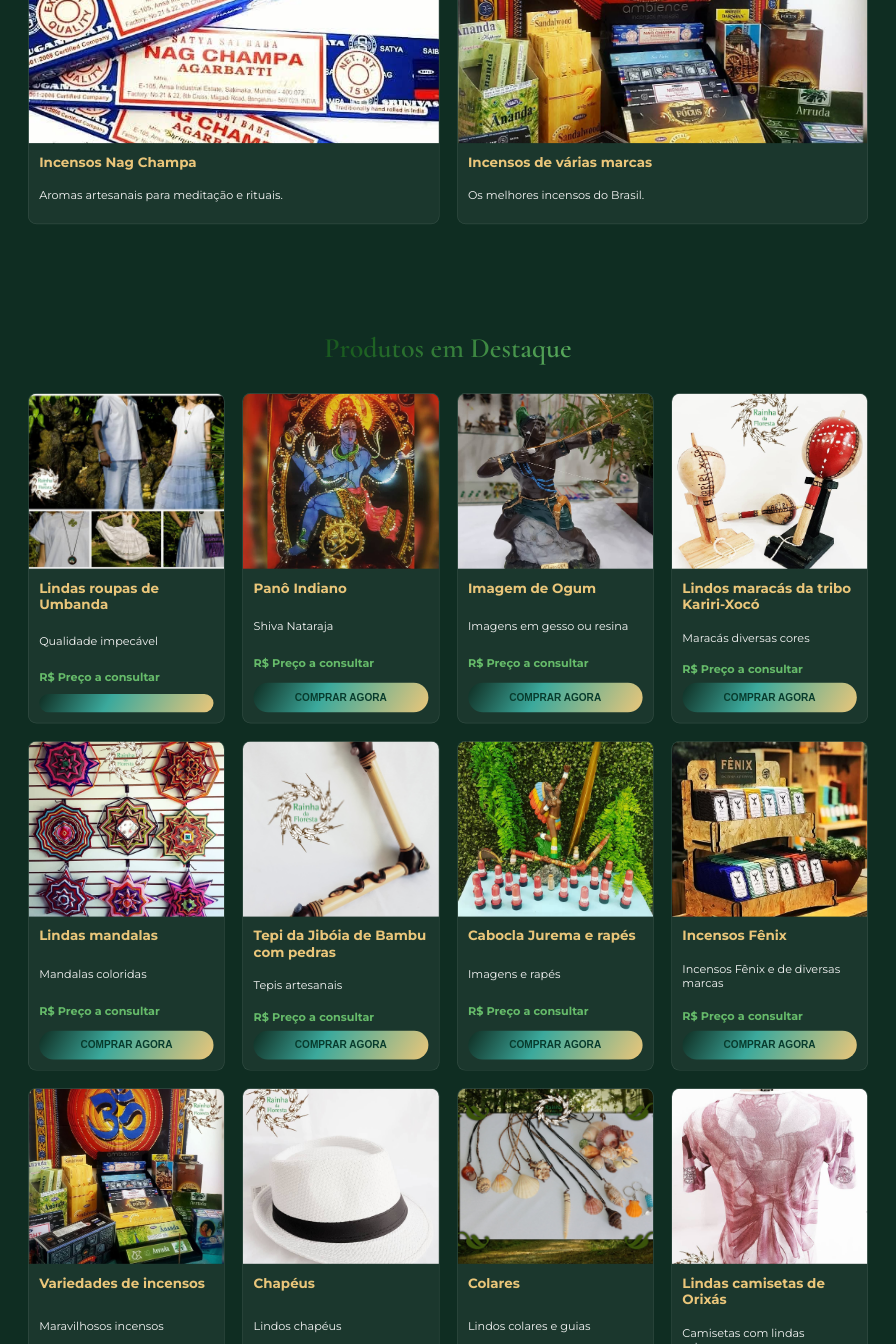
Repository: Sandro1969-tech/rainha-floresta-aho
Page: index3.html
An editor plug-in stored every save of this project. The page is shown before and after the next save, followed by the edit.
The browser window is 1280 px wide. The pictures show the part of the page from y = 1439 to 3359 px (the page is 4848 px tall), at 70% of full size.
A picture or video elsewhere on the page could not be fetched, so the positions and the page height are approximate. Backgrounds fixed to the window are drawn as part of the page.

Above is the page before, as saved 2025-12-01 00:46:46.

### index3.html
<!doctype html>
<html lang="pt-BR">
<head>
  <meta charset="utf-8" />
  <meta name="viewport" content="width=device-width, initial-scale=1" />
  <title>Rainha da Floresta — Loja mística e esotérica</title>
  <link rel="icon" href="assets/image/icon.png" />

  <link href="https://fonts.googleapis.com/css2?family=Cormorant+Garamond:wght@600&family=Montserrat:wght@400;600;700&display=swap" rel="stylesheet">

  <style>
    :root {
      --verde-profundo: #0f2d22;
      --verde-floresta: #1B5E20;
      --verde-aurora: #66BB6A;
      --dourado-suave: #EAC67A;
      --azul-folha: #3BA99C;
      --branco-neblina: #F5F5F5;
      --grad-floresta: linear-gradient(135deg, #0f2d22 0%, #1B5E20 40%, #66BB6A 70%, #EAC67A 100%);
      --grad-dourado-verde: linear-gradient(120deg, #0f2d22 0%, #3BA99C 40%, #EAC67A 100%);
    }

    /* Base */
    * { box-sizing: border-box; }
    body {
      margin: 0;
      font-family: 'Montserrat', sans-serif;
      background: var(--verde-profundo);
      color: var(--branco-neblina);
    }
    a { color: inherit; text-decoration: none; }

    /* --- CORREÇÃO DO LOGO --- */
    img.topo-logo {
      display: block;
      width: 100%;
      max-width: 450px;       /* Aumentei para ficar bem visível */
      height: auto;
      margin: 0 auto 20px;
      filter: drop-shadow(0 0 10px rgba(0,0,0,0.5));
    }

    /* --- CORREÇÃO DO VÍDEO --- */
    .video-container {
      width: 100%;
      max-width: 700px;       /* Controla a largura máxima */
      margin: 30px auto;
      border-radius: 12px;
      overflow: hidden;
      box-shadow: 0 10px 30px rgba(0,0,0,0.4);
      border: 1px solid rgba(234, 198, 122, 0.2);
    }
    .video-container video {
      width: 100%;
      height: auto;
      display: block;
    }

    /* Header fixo */
    header {
      position: fixed; top: 0; left: 0; right: 0; z-index: 50;
      background: rgba(15, 45, 34, .95);
      padding: .8rem 1rem;
      display: flex; justify-content: space-between; align-items: center;
      backdrop-filter: blur(4px);
      box-shadow: 0 2px 10px rgba(0,0,0,0.3);
    }
    .brand {
      font-family: 'Cormorant Garamond', serif;
      font-size: 1.5rem;
      background: var(--grad-floresta);
      -webkit-background-clip: text;
      color: transparent;
    }
    nav a {
      margin: 0 .6rem;
      font-weight: 600;
      color: var(--branco-neblina);
      transition: .3s;
    }
    nav a:hover { color: var(--dourado-suave); }

    /* Hero Section */
    .hero {
      min-height: 100vh;
      display: flex; flex-direction: column; justify-content: center; align-items: center;
      text-align: center;
      padding: 100px 20px 40px;
      background-image: linear-gradient(rgba(15, 45, 34, 0.8), rgba(15, 45, 34, 0.9)), url("assets/image/floresta-bg.jpg");
      background-size: cover;
      background-position: center;
      background-attachment: fixed;
    }
    .hero h1 {
      font-family: 'Cormorant Garamond', serif;
      font-size: 3rem;
      background: var(--grad-floresta);
      -webkit-background-clip: text;
      color: transparent;
      margin: 0 0 10px;
    }
    .hero p {
      max-width: 600px; margin: 1rem auto; color: rgba(245, 245, 245, .9);
    }
    .btn {
      padding: 0.8rem 1.5rem;
      border-radius: 999px;
      font-weight: 700;
      background: var(--grad-dourado-verde);
      border: none;
      cursor: pointer;
      transition: .3s;
      margin-top: 10px;
      color: #083b2d;
      text-transform: uppercase;
      font-size: 0.9rem;
    }
    .btn:hover { transform: scale(1.05); box-shadow: 0 0 15px rgba(102, 187, 106, 0.4); }

    /* Seções */
    section { padding: 60px 20px; }
    h2 {
      font-family: 'Cormorant Garamond', serif;
      font-size: 2.5rem;
      background: var(--grad-floresta);
      -webkit-background-clip: text;
      color: transparent;
      text-align: center;
      margin-bottom: 40px;
    }

    /* Grid de Produtos */
    .grid {
      display: grid;
      grid-template-columns: repeat(auto-fit, minmax(250px, 1fr));
      gap: 25px;
      max-width: 1200px;
      margin: 0 auto;
    }
    .card {
      background: rgba(255, 255, 255, .05);
      border: 1px solid rgba(255, 255, 255, .1);
      border-radius: 12px;
      overflow: hidden;
      transition: .3s;
      display: flex; flex-direction: column;
    }
    .card:hover { transform: translateY(-5px); box-shadow: 0 10px 25px rgba(46, 139, 87, .3); border-color: var(--dourado-suave); }
    .card img { width: 100%; height: 250px; object-fit: cover; }
    .card-body { padding: 15px; flex-grow: 1; display: flex; flex-direction: column; justify-content: space-between; }
    .card h3 { font-size: 1.2rem; color: var(--dourado-suave); margin: 0 0 10px; }
    .price { font-weight: 700; color: var(--verde-aurora); margin: 10px 0; display: block; }
    .card .btn { width: 100%; margin: 0; }

    /* Depoimentos */
    #depoimentos .card { text-align: center; font-style: italic; }
    #depoimentos strong { display: block; margin-top: 10px; font-style: normal; color: var(--dourado-suave); }

    /* Rodapé */
    footer {
      background: var(--verde-floresta);
      color: var(--branco-neblina);
      text-align: center;
      padding: 40px 20px;
      border-top: 4px solid var(--dourado-suave);
    }
    .footer-wrap { max-width: 1000px; margin: 0 auto; display: grid; gap: 20px; }

    .footer-social { margin: 20px 0; }
    .footer-social a {
      margin: 0 12px;
      display: inline-block;
      color: var(--dourado-suave); /* Garante a cor dourada */
    }
    .social-icon {
      transition: .3s;
      width: 32px;
      height: 32px;
    }
    .social-icon:hover { transform: scale(1.2); color: #fff; }

    /* Responsivo */
    @media (max-width: 480px) {
      .hero h1 { font-size: 2.2rem; }
      img.topo-logo { max-width: 280px; }
      .card img { height: 200px; }
      nav { display: none; }
    }
  </style>
</head>
<body>

  <header>
    <div class="brand">Rainha da Floresta</div>
    <nav>
      <a href="#categorias">Categorias</a>
      <a href="#produtos">Produtos</a>
      <a href="#depoimentos">Depoimentos</a>
    </nav>
  </header>

  <section class="hero">
    <img src="assets/image/rainha.jpg" alt="Rainha da Floresta" class="topo-logo">

    <h1>Rainha da Floresta</h1>
    <p>Artigos religiosos e esotéricos que unem espiritualidade, natureza e elegância contemporânea.</p>

    <button class="btn" onclick="document.getElementById('produtos').scrollIntoView({behavior: 'smooth'})">
        Conheça nossos produtos
    </button>

    <div class="video-container">
      <video autoplay muted loop playsinline>
        <source src="assets/image/lobo.mp4" type="video/mp4">
        Seu navegador não suporta vídeos.
      </video>
    </div>
  </section>

  <section id="categorias">
    <h2>Categorias</h2>
    <div class="grid">
      <div class="card">
        <img src="assets/image/incenso.jpg" alt="Incensos">
        <div class="card-body">
          <h3>Incensos Nag Champa</h3>
          <p>Aromas artesanais para meditação e rituais.</p>
        </div>
      </div>
      <div class="card">
        <img src="assets/image/incenso2.jpg" alt="Incensos de várias marcas">
        <div class="card-body">
          <h3>Incensos de várias marcas</h3>
          <p>Os melhores incensos do Brasil.</p>
        </div>
      </div>
    </div>
  </section>

  <section id="produtos">
    <h2>Produtos em Destaque</h2>
    <div class="grid">

      <div class="card">
        <img src="assets/image/roupas.jpg" alt="roupas">
        <div class="card-body">
          <h3>Lindas roupas de Umbanda</h3>
          <p>Qualidade impecável</p>
          <span class="price">R$ Preço a consultar</span>
          <button class="btn"></button>
        </div>
      </div>

      <div class="card">
        <img src="assets/image/kali.jpg" alt="Imagem">
        <div class="card-body">
          <h3>Panô Indiano</h3>
          <p>Shiva Nataraja</p>
          <span class="price">R$ Preço a consultar</span>
          <button class="btn">Comprar Agora</button>
        </div>
      </div>

      <div class="card">
        <img src="assets/image/ogum.jpg" alt="Ogum">
        <div class="card-body">
          <h3>Imagem de Ogum</h3>
          <p>Imagens em gesso ou resina</p>
          <span class="price">R$ Preço a consultar</span>
          <button class="btn">Comprar Agora</button>
        </div>
      </div>

      <div class="card">
        <img src="assets/image/maraca.jpg" alt="Maracá">
        <div class="card-body">
          <h3>Lindos maracás da tribo Kariri-Xocó</h3>
          <p>Maracás diversas cores</p>
          <span class="price">R$ Preço a consultar</span>
          <button class="btn">Comprar Agora</button>
        </div>
      </div>

      <div class="card">
        <img src="assets/image/mandala.jpg" alt="Produto 5">
        <div class="card-body">
          <h3>Lindas mandalas</h3>
          <p>Mandalas coloridas</p>
          <span class="price">R$ Preço a consultar</span>
          <button class="btn">Comprar Agora</button>
        </div>
      </div>

      <div class="card">
        <img src="assets/image/kuripe.jpg" alt="kuripe">
        <div class="card-body">
          <h3>Tepi da Jibóia de Bambu com pedras</h3>
          <p>Tepis artesanais</p>
          <span class="price">R$ Preço a consultar</span>
          <button class="btn">Comprar Agora</button>
        </div>
      </div>

      <div class="card">
        <img src="assets/image/jurema.jpg" alt="Jurema">
        <div class="card-body">
          <h3>Cabocla Jurema e rapés</h3>
          <p>Imagens e rapés</p>
          <span class="price">R$ Preço a consultar</span>
          <button class="btn">Comprar Agora</button>
        </div>
      </div>

      <div class="card">
        <img src="assets/image/incenso3.jpg" alt="Incensos">
        <div class="card-body">
          <h3>Incensos Fênix</h3>
          <p>Incensos Fênix e de diversas marcas</p>
          <span class="price">R$ Preço a consultar</span>
          <button class="btn">Comprar Agora</button>
        </div>
      </div>

      <div class="card">
        <img src="assets/image/incenso2.jpg" alt="Incensos">
        <div class="card-body">
          <h3>Variedades de incensos</h3>
          <p>Maravilhosos incensos</p>
          <span class="price">R$ Preço a consultar</span>
          <button class="btn">Comprar Agora</button>
        </div>
      </div>

      <div class="card">
        <img src="assets/image/chapeu4.jpg" alt="chapéus">
        <div class="card-body">
          <h3>Chapéus</h3>
          <p>Lindos chapéus</p>
          <span class="price">R$ Preço a consultar</span>
          <button class="btn">Comprar Agora</button>
        </div>
      </div>

      <div class="card">
        <img src="assets/image/colar.jpg" alt="colares">
        <div class="card-body">
          <h3>Colares</h3>
          <p>Lindos colares e guias</p>
          <span class="price">R$ Preço a consultar</span>
          <button class="btn">Comprar Agora</button>
        </div>
      </div>

      <div class="card">
        <img src="assets/image/camiseta2.jpg" alt="Camisetas">
        <div class="card-body">
          <h3>Lindas camisetas de Orixás</h3>
          <p>Camisetas com lindas estampas</p>
          <span class="price">R$ Preço a consultar</span>
          <button class="btn">Comprar Agora</button>
        </div>
      </div>

      <div class="card">
        <img src="assets/image/camiseta1.jpg" alt="Camisetas">
        <div class="card-body">
          <h3>Variedades de camisetas e roupas</h3>
          <p>Camisetas, calças e vestidos</p>
          <span class="price">R$ Preço a consultar</span>
          <button class="btn">Comprar Agora</button>
        </div>
      </div>

      <div class="card">
        <img src="assets/image/chapeu2.jpg" alt="Produto 14">
        <div class="card-body">
          <h3>Variedades de chapéus</h3>
          <p>Lindos chapéus a preços irresistíveis</p>
          <span class="price">R$ Preço a consultar</span>
          <button class="btn">Comprar Agora</button>
        </div>
      </div>

      <div class="card">
        <img src="assets/image/fumo.jpg" alt="Fumo">
        <div class="card-body">
          <h3>Fumos de diversas marcas</h3>
          <p>Grande variedade de fumos</p>
          <span class="price">R$ Preço a consultar</span>
          <button class="btn">Comprar Agora</button>
        </div>
      </div>

      <div class="card">
        <img src="assets/image/cachimbo.jpg" alt="Cachimbo">
        <div class="card-body">
          <h3>Cachimbos artesanais</h3>
          <p>Lindos cachimbos, diversas cores e modelos</p>
          <span class="price">R$ Preço a consultar</span>
          <button class="btn">Comprar Agora</button>
        </div>
      </div>

    </div>
  </section>

  <section id="depoimentos">
    <h2>Depoimentos</h2>
    <div class="grid">
      <div class="card">
        <div class="card-body">
          <p>"A Rainha da Floresta tem produtos incríveis, sempre compro meus incensos aqui!"</p>
          <strong>- Maria S.</strong>
        </div>
      </div>
      <div class="card">
        <div class="card-body">
          <p>"Adorei as camisetas, qualidade impecável e estampas lindas."</p>
          <strong>- João P.</strong>
        </div>
      </div>
      <div class="card">
        <div class="card-body">
          <p>"O atendimento é excelente e os produtos são de altíssima qualidade"</p>
          <strong>- Ana C.</strong>
        </div>
      </div>
    </div>
  </section>

  <footer>
    <div class="footer-wrap">
      <div class="footer-info">
        <h3>Rainha da Floresta</h3>
        <p>📞 Telefone: (11) 4307-4269</p>
        <p>✉️ Email: rainhadafloresta.aho@gmail.com</p>
        <p>📍 Endereço: Rua São Francisco, 136 - Guarulhos, São Paulo</p>
      </div>

      <div class="footer-social">
        <a href="https://facebook.com//share/1D2KycMmKn/" target="_blank" aria-label="Facebook">
          <svg class="social-icon" xmlns="http://www.w3.org/2000/svg" viewBox="0 0 24 24">
            <path fill="currentColor" d="M22 12a10 10 0 1 0-11.5 9.9v-7h-2v-3h2v-2.3c0-2 1.2-3.1 3-3.1.9 0 1.8.1 1.8.1v2h-1c-1 0-1.3.6-1.3 1.2V12h2.3l-.4 3h-1.9v7A10 10 0 0 0 22 12z"/>
          </svg>
        </a>

        <a href="https://instagram.com/rainhadafloresta.aho?igsh=MWtwcDTkN3cxa3E0MA==" target="_blank" aria-label="Instagram">
          <svg class="social-icon" xmlns="http://www.w3.org/2000/svg" viewBox="0 0 24 24">
            <path fill="currentColor" d="M7 2C4.2 2 2 4.2 2 7v10c0 2.8 2.2 5 5 5h10c2.8 0 5-2.2 5-5V7c0-2.8-2.2-5-5-5H7zm10 2c1.7 0 3 1.3 3 3v10c0 1.7-1.3 3-3 3H7c-1.7 0-3-1.3-3-3V7c0-1.7 1.3-3 3-3h10zm-5 3a5 5 0 1 0 0 10 5 5 0 0 0 0-10zm0 2a3 3 0 1 1 0 6 3 3 0 0 1 0-6zm4.5-2a1.5 1.5 0 1 0 0 3 1.5 1.5 0 0 0 0-3z"/>
          </svg>
        </a>

        <a href="https://wa.me/5511912543214" target="_blank" aria-label="WhatsApp">
          <svg class="social-icon" xmlns="http://www.w3.org/2000/svg" viewBox="0 0 24 24">
            <path fill="currentColor" d="M12 2a10 10 0 0 0-8.6 15.1L2 22l5-1.3A10 10 0 1 0 12 2zm0 18c-1.6 0-3.1-.5-4.4-1.4l-.3-.2-3 .8.8-2.9-.2-.3A8 8 0 1 1 12 20zm4.5-5.6c-.2-.1-1.2-.6-1.4-.7-.2-.1-.3-.1-.5.1-.1.2-.6.7-.7.9-.1.2-.3.2-.5.1-.2-.1-.9-.3-1.7-1-.6-.5-1-1.2-1.1-1.4-.1-.2 0-.3.1-.4.1-.1.2-.3.3-.4.1-.1.1-.2.2-.3.1-.1.1-.2.1-.3 0-.1 0-.2-.1-.3-.1-.1-.5-1.2-.7-1.6-.2-.4-.4-.3-.5-.3h-.4c-.1 0-.3.1-.4.2-.1.1-.5.5-.5 1.2 0 .7.5 1.4.6 1.5.1.2 1.1 1.7 2.6 2.4 1.5.7 1.5.5 1.8.5.3 0 .9-.4 1-0.8.1-.4.1-.7.1-.8-.1-.1-.2-.1-.4-.2z"/>
          </svg>
        </a>
      </div>

      <p>© 2025 Rainha da Floresta — Todos os direitos reservados</p>
    </div>
  </footer>

</body>
</html>

After the next save:
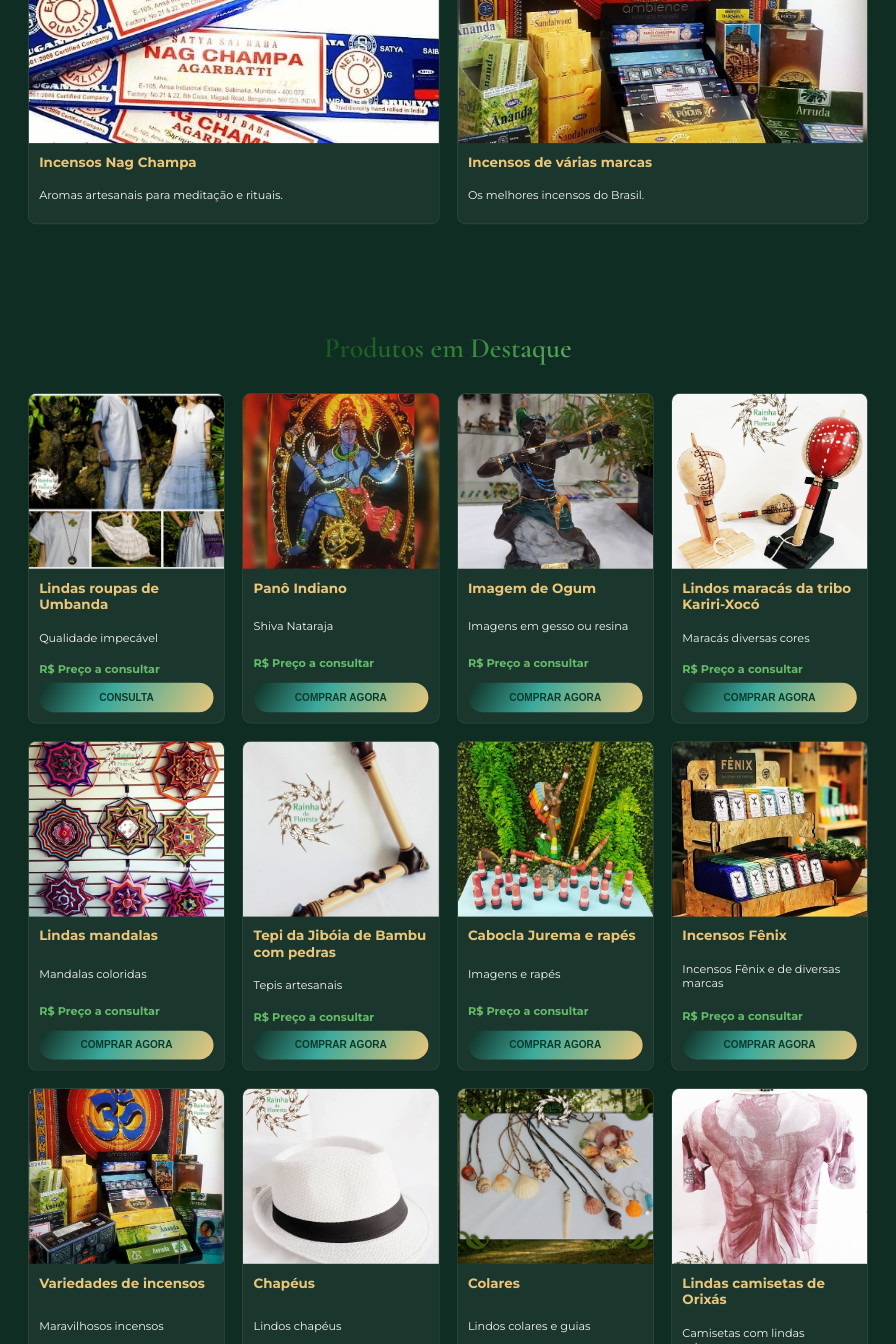
Saved 16 s later.
--- a/index3.html
+++ b/index3.html
@@ -247,7 +247,7 @@
           <h3>Lindas roupas de Umbanda</h3>
           <p>Qualidade impecável</p>
           <span class="price">R$ Preço a consultar</span>
-          <button class="btn"></button>
+          <button class="btn">consulta</button>
         </div>
       </div>
 
